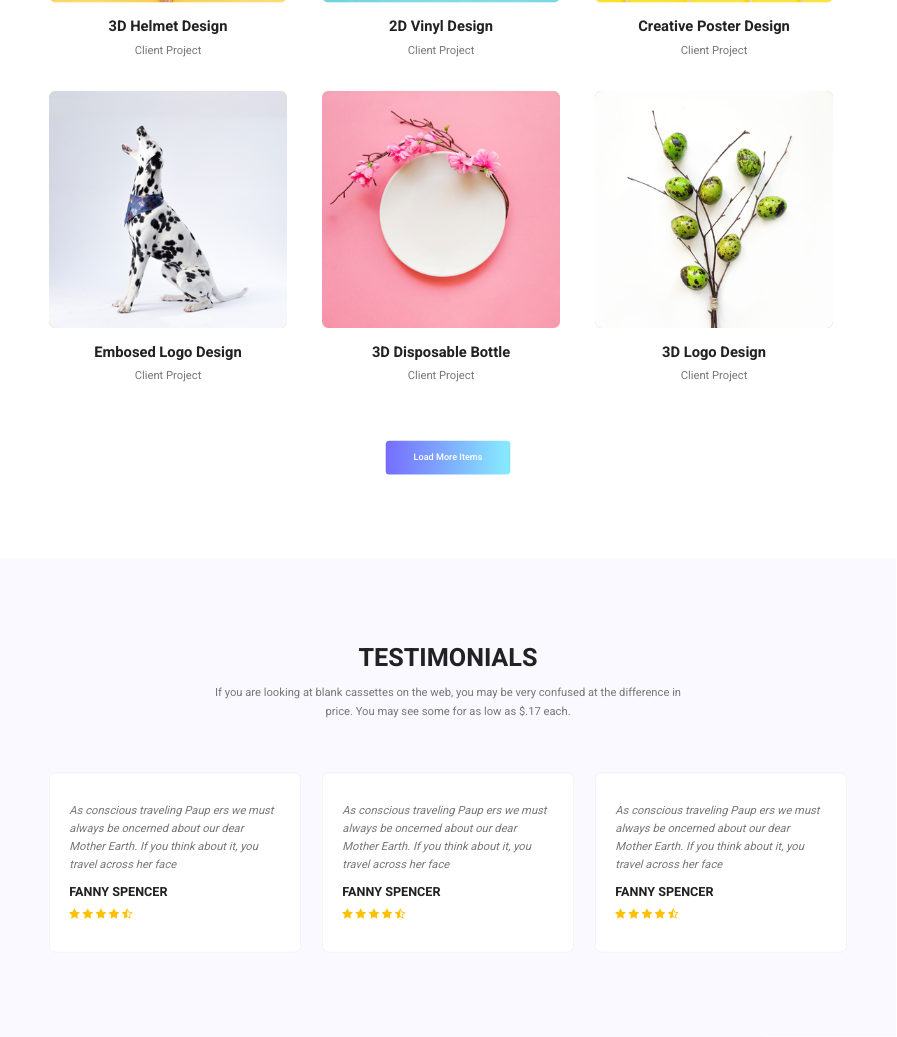
Repository: ChaabeneHabib/habib-chaabene
Page: index.html
An editor plug-in stored every save of this project. The page is shown before and after the next save, followed by the edit.
The browser window is 1280 px wide. The page is 1281 px wide, so the pictures cover 1281 px, including what lies to the right of the window. The pictures show the part of the page from y = 3944 to 5824 px (the page is 5425 px tall before and 5824 px after), at 70% of full size.

Above is the page before, as saved 2019-11-16 12:46:30.

After the next save:
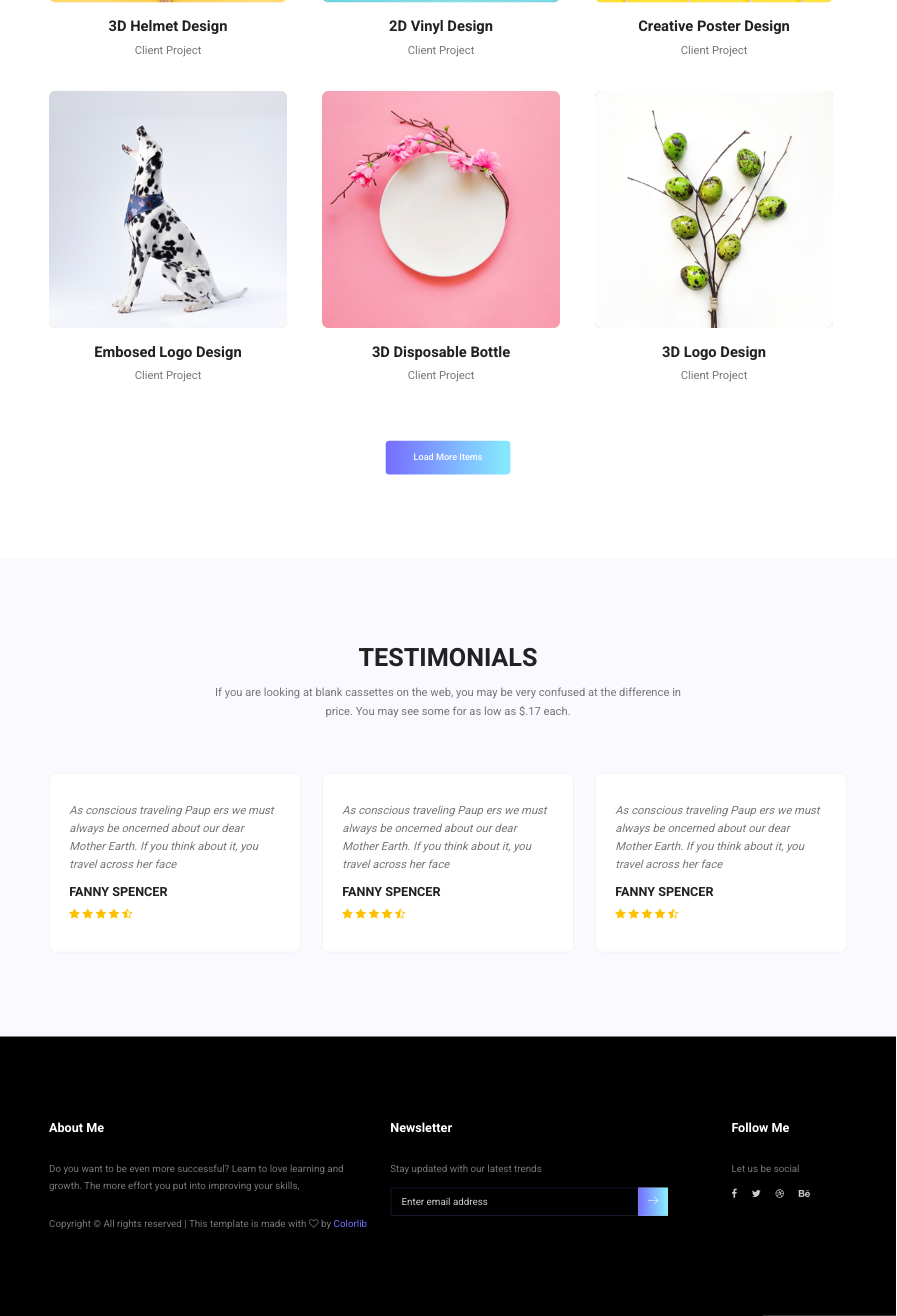
Saved 6 s later.
--- a/index.html
+++ b/index.html
@@ -499,7 +499,9 @@
 
 		<div w3-include-html="footer.html"></div>
 
-
+        <script>
+				includeHTML();
+				</script>
 
 
 

After the save that followed:
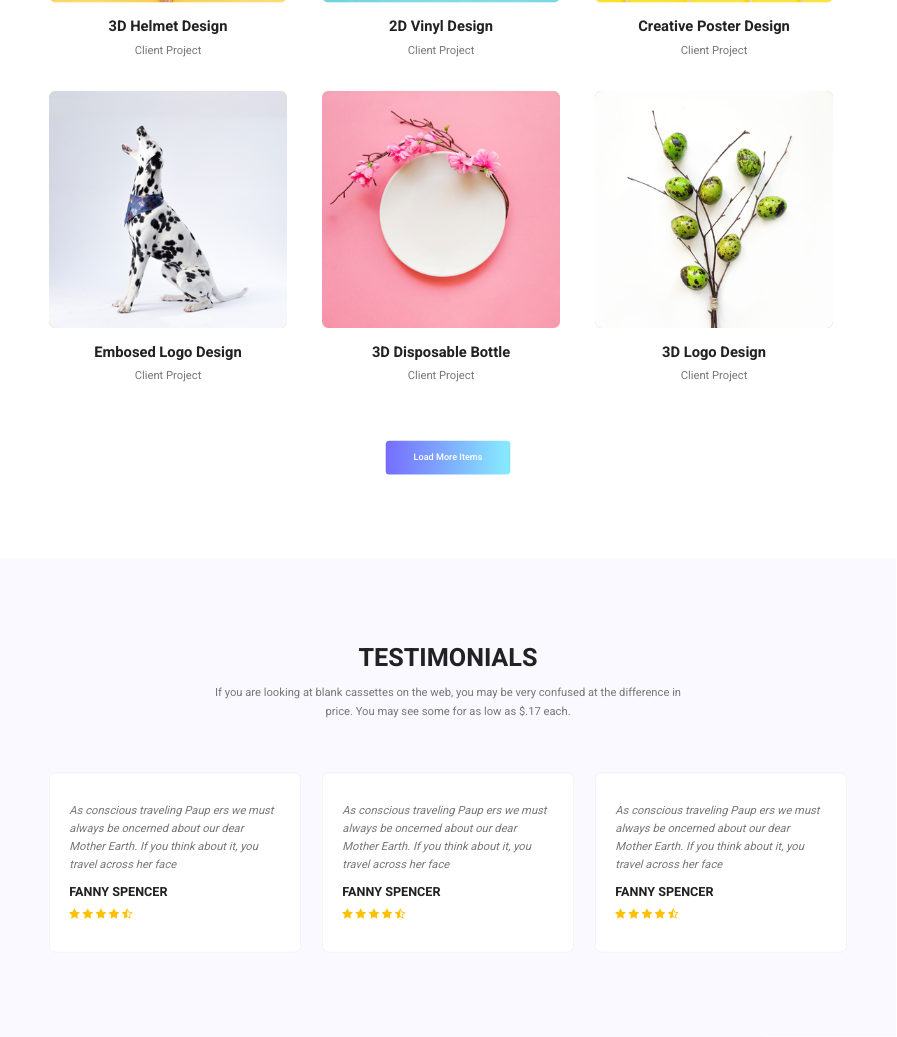
Saved 16 s later.
--- a/index.html
+++ b/index.html
@@ -499,9 +499,7 @@
 
 		<div w3-include-html="footer.html"></div>
 
-        <script>
-				includeHTML();
-				</script>
+
 
 
 
